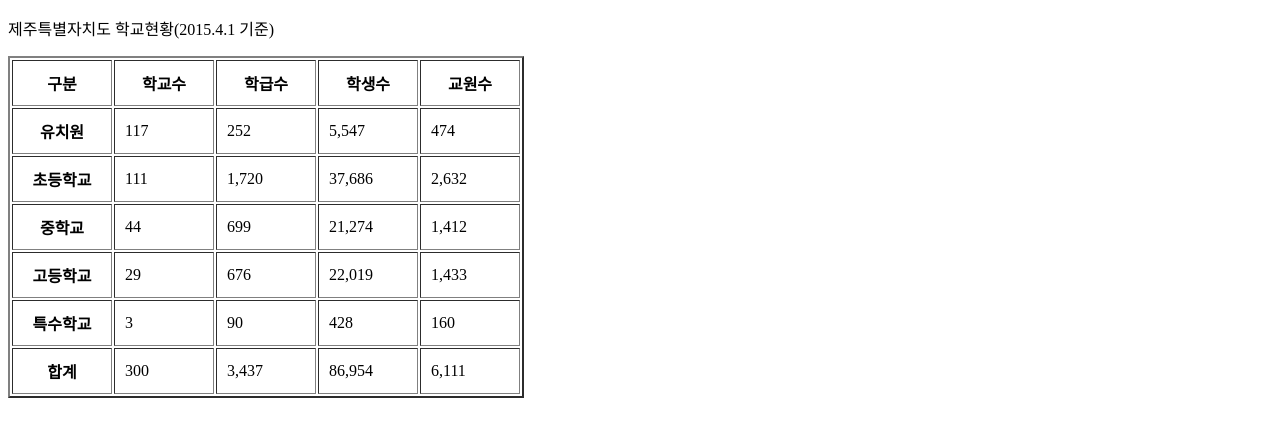
Repository: seulhwangbo/SeulJSP
Page: jspSrc17/webStandard01/src/main/webapp/02/table06.html
These files come from the project's save history. The page is drawn as it stood at one moment and after the next save; the edit follows.
The browser window is 1280 px wide. The pictures show the whole page.

Above is the page before, as saved 2024-06-13 06:45:42.

### jspSrc17/webStandard01/src/main/webapp/02/table06.html
<!DOCTYPE html>
<html>
<head>
<meta charset="UTF-8">
<style type="text/css">
td {
	padding: 10px;
}

th {
	text-decoration: strong;
	padding: 10px;
}
</style>
<title>Insert title here</title>
</head>
<body>
	<caption>
		<p>제주특별자치도 학교현황(2015.4.1 기준)</p>
	</caption>
	<table border="2">
		<colgroup>
			<col style="width: 100px;">
			<col style="width: 100px;">
			<col style="width: 100px;">
			<col style="width: 100px;">
			<col style="width: 100px;">
		</colgroup>
		<thead>
		<tr>
			<th>구분</th>
			<th>학교수</th>
			<th>학급수</th>
			<th>학생수</th>
			<th>교원수</th>
		</tr>
		</thead>
		<tr>
			<th>유치원</th>
			<td>117</td>
			<td>252</td>
			<td>5,547</td>
			<td>474</td>
		</tr>
		<tr>
			<th>초등학교</th>
			<td>111</td>
			<td>1,720</td>
			<td>37,686</td>
			<td>2,632</td>
		</tr>
		<tr>
			<th>중학교</th>
			<td>44</td>
			<td>699</td>
			<td>21,274</td>
			<td>1,412</td>
		</tr>
		<tr>
			<th>고등학교</th>
			<td>29</td>
			<td>676</td>
			<td>22,019</td>
			<td>1,433</td>
		</tr>
		<tr>
			<th>특수학교</th>
			<td>3</td>
			<td>90</td>
			<td>428</td>
			<td>160</td>
		</tr>
		<tr>
			<th>합계</th>
			<td>300</td>
			<td>3,437</td>
			<td>86,954</td>
			<td>6,111</td>
		</tr>
	</table>
</body>
</html>

After the next save:
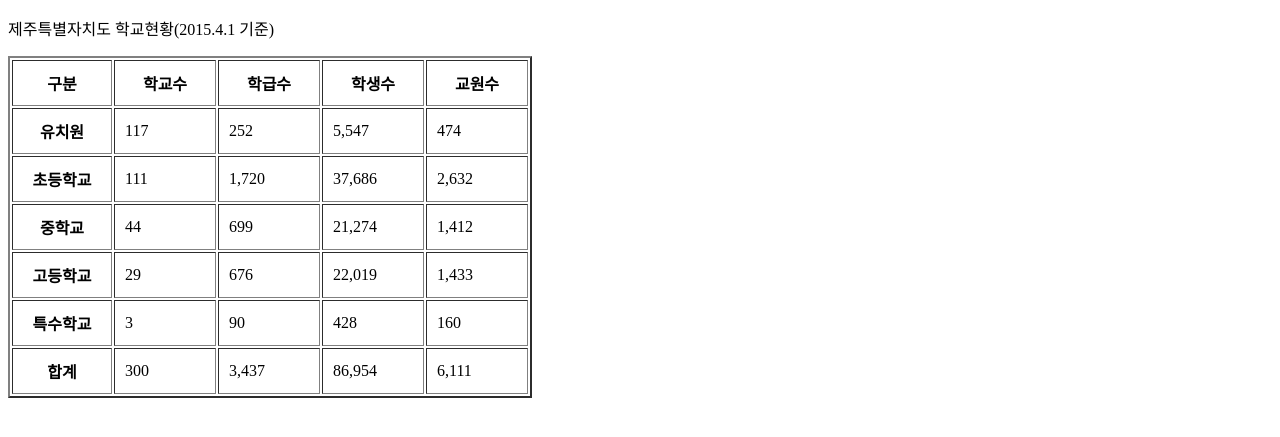
Saved 27 s later.
--- a/jspSrc17/webStandard01/src/main/webapp/02/table06.html
+++ b/jspSrc17/webStandard01/src/main/webapp/02/table06.html
@@ -5,6 +5,7 @@
 <style type="text/css">
 td {
 	padding: 10px;
+	width : 80px;
 }
 
 th {
